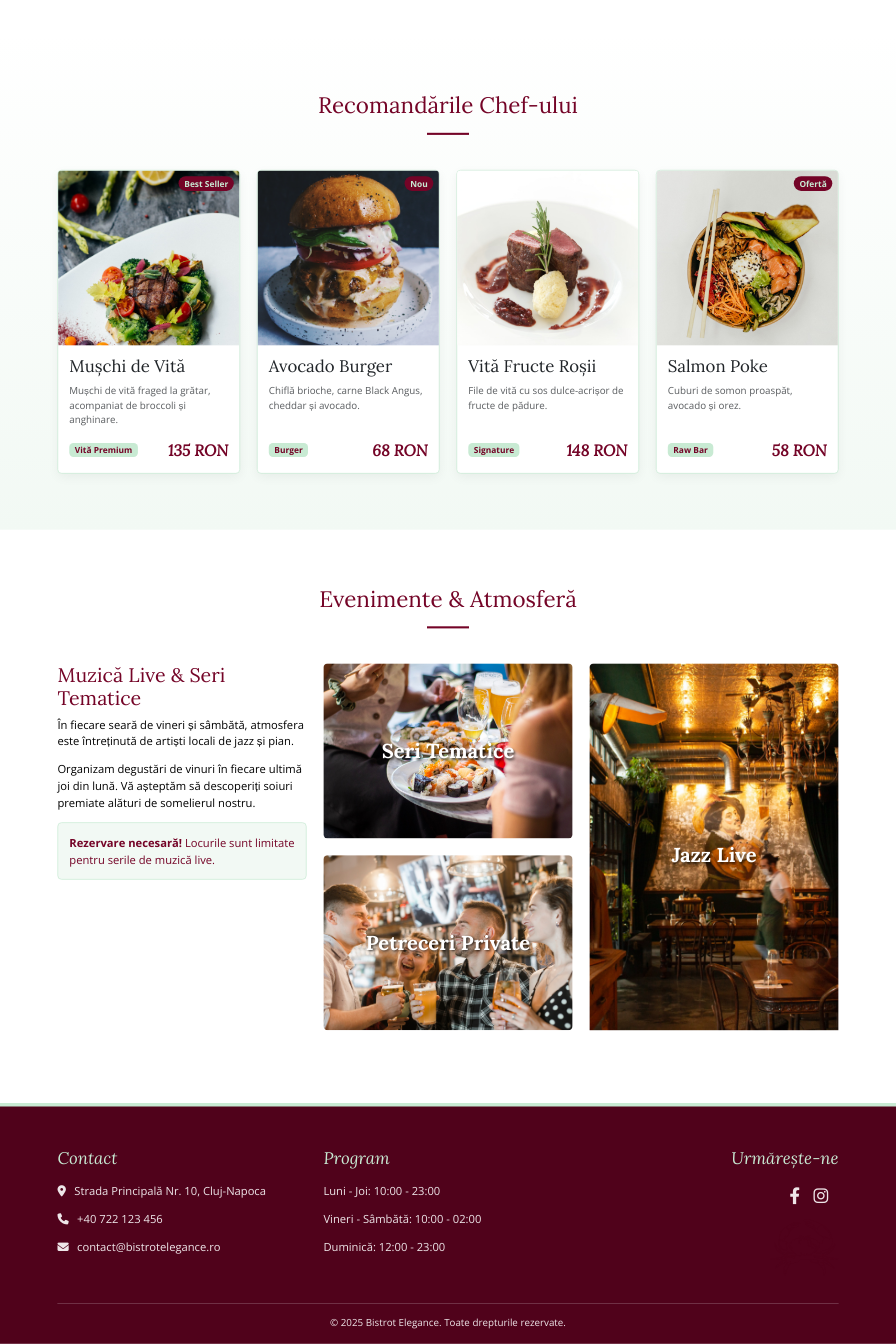
Repository: 912-Comsa-Teodora/bistrot-restaurant
Page: restaurant/index.html
The author's editor kept a copy of each file at every save. The page is drawn from the files as they stood at one save, then again after the next save.
The browser window is 1280 px wide. The pictures show the part of the page from y = 1164 to 3084 px (the page is 3084 px tall), at 70% of full size.
A picture or video elsewhere on the page could not be fetched, so the positions and the page height are approximate.

Above is the page before, as saved 2026-01-18 16:45:03.

### restaurant/index.html
<!DOCTYPE html>
<html lang="ro">
<head>
    <meta charset="UTF-8">
    <meta name="viewport" content="width=device-width, initial-scale=1.0">
    <meta name="description" content="Cel mai bun restaurant și bar din oraș. Atmosferă unică, meniu select.">
    <meta name="author" content="Numele Tau">

    <title>Bistrot Elegance - Restaurant & Bar</title>

    <link href="https://cdn.jsdelivr.net/npm/bootstrap@5.3.0/dist/css/bootstrap.min.css" rel="stylesheet">
    <link rel="stylesheet" href="https://cdnjs.cloudflare.com/ajax/libs/font-awesome/6.4.0/css/all.min.css">

    <link href="https://fonts.googleapis.com/css2?family=Lora:ital,wght@0,400;0,700;1,400&family=Open+Sans:wght@300;400;700&display=swap" rel="stylesheet">

    <style>
        :root {
            --primary-color: #740427;
            --primary-dark: #50021b;
            --mint-color: #C8EAD3;
            --mint-light: #F2F9F4;
            --text-dark: #000000;
            --white: #ffffff;
        }

        body {
            /* CHANGE 1: Applied Open Sans */
            font-family: 'Open Sans', sans-serif;
            color: var(--text-dark);
            padding-top: 65px;
            background-color: var(--white);
        }

        h1, h2, h3, h4, h5 {
            /* CHANGE 1: Applied Lora */
            font-family: 'Lora', serif;
            color: var(--primary-color);
        }

        .navbar {
            background-color: #fff;
            box-shadow: 0 2px 10px rgba(0,0,0,0.1);
            border-bottom: 1px solid var(--mint-color);
        }

        .navbar-brand img {
            max-height: 40px;
        }

        .nav-link {
            color: var(--primary-dark);
            font-weight: 700;
            text-transform: uppercase;
            font-size: 0.9rem;
        }

        .nav-link:hover {
            color: var(--primary-color);
        }


        #heroCarousel .carousel-item img {
            height: calc(100vh - 65px);
            object-fit: cover;
            filter: brightness(0.6);
        }

        .carousel-caption {
            top: 50%;
            transform: translateY(-50%);
            bottom: auto;
            width: 70%;
            left: 15%;
        }

        .carousel-caption p {
            margin-top: 0;
            margin-bottom: 1.5rem;
            font-size: 1.2rem;
            font-weight: 300;
            color: #fff;
        }

        .carousel-caption h2 {
            font-size: 4rem;
            color: #fff;
            text-shadow: 2px 2px 4px rgba(0,0,0,0.6);
        }


        section {
            padding: 80px 0;
        }

        .section-title {
            text-align: center;
            margin-bottom: 50px;
            position: relative;
        }

        .section-title::after {
            content: '';
            display: block;
            width: 60px;
            height: 3px;
            background-color: var(--primary-color);
            margin: 20px auto;
        }

        .bg-mint-gradient {
            background: linear-gradient(180deg, var(--white) 0%, var(--mint-light) 100%);
        }

        .card {
            border: 1px solid var(--mint-color);
            background-color: #fff;
            transition: transform 0.3s;
            box-shadow: 0 5px 15px rgba(0,0,0,0.05);
        }

        .card:hover {
            transform: translateY(-5px);
            border-color: var(--primary-color);
            box-shadow: 0 10px 30px rgba(116, 4, 39, 0.1);
        }

        .card-img-top {
            height: 250px;
            width: 100%;
            object-fit: cover;
            object-position: center;
        }

        .price-tag {
            /* CHANGE 1 & 2: Font Lora + Italic */
            font-family: 'Lora', serif;
            font-size: 1.4rem;
            font-weight: 700;
            color: var(--primary-color);
            font-style: italic; /* Added Italic */
        }


        .badge-custom-primary {
            background-color: var(--primary-color) !important;
            color: var(--mint-color);
        }

        .badge-custom-mint {
            background-color: var(--mint-color) !important;
            color: var(--primary-color);
            font-weight: 700;
        }

        /* EVENTS STYLING */
        /* CHANGE 3: Wrapper for images to hold the text */
        .event-wrapper {
            position: relative;
            overflow: hidden;
            border-radius: 0.375rem; /* Matches Bootstrap 'rounded' */
        }

        /* CHANGE 3: Text Overlay Style */
        .event-text-overlay {
            position: absolute;
            top: 50%;
            left: 50%;
            transform: translate(-50%, -50%);
            color: var(--white);
            font-family: 'Lora', serif;
            font-size: 1.8rem;
            font-weight: 700;
            text-shadow: 2px 2px 4px rgba(0,0,0,0.8);
            width: 100%;
            text-align: center;
            z-index: 2;
            pointer-events: none; /* Allows clicking through text if needed */
        }

        /* Optional: Darken image slightly to make text pop */
        .event-wrapper img {
            transition: transform 0.3s ease;
        }
        .event-wrapper:hover img {
            transform: scale(1.05);
        }

        @media (min-width: 992px) {
            .event-img-small {
                height: 250px;
                width: 100%;
                object-fit: cover;
            }
            .event-img-large {
                height: calc(500px + 1.5rem);
                width: 100%;
                object-fit: cover;
            }
        }


        footer {
            background-color: var(--primary-dark);
            color: #fff;
            padding: 60px 0 20px;
            border-top: 5px solid var(--mint-color);
        }

        footer h4 {
            color: var(--mint-color);
            margin-bottom: 20px;
            /* CHANGE 2: Footer Titles Italic */
            font-style: italic;
        }

        footer p, footer i {
            color: rgba(255, 255, 255, 0.9);
        }

        .social-icons a {
            color: #fff;
            font-size: 1.5rem;
            margin-right: 15px;
            transition: color 0.3s;
        }

        .social-icons a:hover {
            color: var(--mint-color);
        }

        hr.bg-light {
             border-color: rgba(255,255,255,0.2);
        }
    </style>
</head>
<body>

    <header id="home">
        <nav class="navbar navbar-expand-lg navbar-light fixed-top">
            <div class="container">
                <a class="navbar-brand" href="index.html">
                    <img src="./pictures/Bistrot-Elegance-Logo-visiniu.png" alt="Logo Bistrot Elegance">
                </a>

                <button class="navbar-toggler" type="button" data-bs-toggle="collapse" data-bs-target="#navbarContent" aria-controls="navbarContent" aria-expanded="false" aria-label="Toggle navigation">
                    <span class="navbar-toggler-icon"></span>
                </button>

                <div class="collapse navbar-collapse" id="navbarContent">
                    <ul class="navbar-nav ms-auto mb-2 mb-lg-0">
                        <li class="nav-item">
                            <a class="nav-link" href="#home">Acasă</a>
                        </li>
                        <li class="nav-item">
                            <!-- LINK MODIFIED HERE TO OPEN PDF -->
                            <a class="nav-link" href="menu.pdf" target="_blank">Meniu</a>
                        </li>
                        <li class="nav-item">
                            <a class="nav-link" href="#despre">Despre Noi</a>
                        </li>
                        <li class="nav-item">
                            <a class="nav-link" href="#specialitati">Specialități</a>
                        </li>
                        <li class="nav-item">
                            <a class="nav-link" href="#evenimente">Evenimente</a>
                        </li>
                        <li class="nav-item">
                            <a class="nav-link" href="#contact">Contact</a>
                        </li>
                    </ul>
                </div>
            </div>
        </nav>
    </header>

    <div id="heroCarousel" class="carousel slide" data-bs-ride="carousel">
        <div class="carousel-inner">
            <div class="carousel-item active" data-bs-interval="3000">
                <img src="pictures/restaurant-imagine-principala.jpg" class="d-block w-100" alt="Interior restaurant">
                <div class="carousel-caption">
                    <p>Bine ați venit la</p>
                    <h2>Bistrot Elegance</h2>
                    <p>O experiență culinară de neuitat în inima orașului</p>
                </div>
            </div>

            <div class="carousel-item" data-bs-interval="3000">
                <img src="pictures/cover-bauturi.jpg" class="d-block w-100" alt="Bauturi">
                <div class="carousel-caption">
                    <h2>Cocktailuri Signature</h2>
                    <p>Mixologie rafinată pentru seri perfecte</p>
                </div>
            </div>

            <div class="carousel-item" data-bs-interval="3000">
                <img src="pictures/cover-mancare.jpg" class="d-block w-100" alt="Mancare">
                <div class="carousel-caption">
                    <h2>Gusturi Autentice</h2>
                    <p>Preparate create cu pasiune din ingrediente locale</p>
                </div>
            </div>

            <div class="carousel-item" data-bs-interval="3000">
                <img src="pictures/cover-desert.jpg" class="d-block w-100" alt="Desert">
                <div class="carousel-caption">
                    <h2>Deserturi Artizanale</h2>
                    <p>Finalul dulce perfect pentru orice masă</p>
                </div>
            </div>
        </div>
    </div>

    <section id="despre">
        <div class="container">
            <div class="row align-items-center">
                <div class="col-lg-6 mb-4 mb-lg-0">
                    <h2 class="mb-4">Povestea Noastră</h2>
                    <h3 class="mb-3" style="color: var(--text-dark); opacity: 0.8;">Tradiție și modernism din 2010</h3>
                    <p>
                        Situat într-o clădire istorică, <strong>Bistrot Elegance</strong> îmbină arhitectura clasică cu un design interior modern și vibrant. Ne mândrim cu o atmosferă care invită la relaxare și conversație, fiind locul ideal atât pentru întâlniri de afaceri, cât și pentru cine romantice.
                    </p>
                    <p>
                        Filozofia noastră culinară se bazează pe ingrediente locale, proaspete, reinterpretate într-o manieră internațională. Echipa noastră de bucătari pasionați lucrează zilnic pentru a oferi preparate care surprind prin gust și prezentare.
                    </p>
                </div>
                <div class="col-lg-6">
                    <img src="pictures/interior-restaurant.jpg" class="img-fluid rounded shadow" alt="Interior restaurant">
                </div>
            </div>
        </div>
    </section>

    <section id="specialitati" class="bg-mint-gradient">
        <div class="container">
            <h2 class="section-title">Recomandările Chef-ului</h2>
            <div class="row g-4">

                <div class="col-md-6 col-lg-3">
                    <div class="card h-100">
                        <span class="position-absolute top-0 end-0 badge rounded-pill badge-custom-primary m-2">
                            Best Seller
                        </span>
                        <img src="pictures/muschi-de-vita-cu-legume.jpg" class="card-img-top" alt="Vita">
                        <div class="card-body d-flex flex-column">
                            <h4 class="card-title">Mușchi de Vită</h4>
                            <p class="card-text small text-muted">Mușchi de vită fraged la grătar, acompaniat de broccoli și anghinare.</p>
                            <div class="mt-auto d-flex justify-content-between align-items-center">
                                <span class="badge badge-custom-mint">Vită Premium</span>
                                <span class="price-tag">135 RON</span>
                            </div>
                        </div>
                    </div>
                </div>

                <div class="col-md-6 col-lg-3">
                    <div class="card h-100">
                         <span class="position-absolute top-0 end-0 badge rounded-pill badge-custom-primary m-2">
                            Nou
                        </span>
                        <img src="pictures/avocado-gourmet-burger.jpg" class="card-img-top" alt="Burger">
                        <div class="card-body d-flex flex-column">
                            <h4 class="card-title">Avocado Burger</h4>
                            <p class="card-text small text-muted">Chiflă brioche, carne Black Angus, cheddar și avocado.</p>
                            <div class="mt-auto d-flex justify-content-between align-items-center">
                                <span class="badge badge-custom-mint">Burger</span>
                                <span class="price-tag">68 RON</span>
                            </div>
                        </div>
                    </div>
                </div>

                 <div class="col-md-6 col-lg-3">
                    <div class="card h-100">
                        <img src="pictures/vita-cu-fructe-rosii.jpg" class="card-img-top" alt="Vita fructe rosii">
                        <div class="card-body d-flex flex-column">
                            <h4 class="card-title">Vită Fructe Roșii</h4>
                            <p class="card-text small text-muted">File de vită cu sos dulce-acrișor de fructe de pădure.</p>
                            <div class="mt-auto d-flex justify-content-between align-items-center">
                                <span class="badge badge-custom-mint">Signature</span>
                                <span class="price-tag">148 RON</span>
                            </div>
                        </div>
                    </div>
                </div>

                <div class="col-md-6 col-lg-3">
                    <div class="card h-100">
                        <span class="position-absolute top-0 end-0 badge rounded-pill badge-custom-primary m-2">
                            Ofertă
                        </span>
                        <img src="pictures/salmon-poke.jpg" class="card-img-top" alt="Poke">
                        <div class="card-body d-flex flex-column">
                            <h4 class="card-title">Salmon Poke</h4>
                            <p class="card-text small text-muted">Cuburi de somon proaspăt, avocado și orez.</p>
                            <div class="mt-auto d-flex justify-content-between align-items-center">
                                <span class="badge badge-custom-mint">Raw Bar</span>
                                <span class="price-tag">58 RON</span>
                            </div>
                        </div>
                    </div>
                </div>

            </div>
        </div>
    </section>

    <section id="evenimente">
        <div class="container">
            <h2 class="section-title">Evenimente & Atmosferă</h2>
            <div class="row">
                <div class="col-lg-4 mb-4">
                    <h3>Muzică Live & Seri Tematice</h3>
                    <p>În fiecare seară de vineri și sâmbătă, atmosfera este întreținută de artiști locali de jazz și pian.</p>
                    <p>Organizam degustări de vinuri în fiecare ultimă joi din lună. Vă așteptăm să descoperiți soiuri premiate alături de somelierul nostru.</p>
                    <div class="alert alert-info mt-3" style="background-color: var(--mint-light); border-color: var(--mint-color); color: var(--primary-color);">
                        <strong>Rezervare necesară!</strong> Locurile sunt limitate pentru serile de muzică live.
                    </div>
                </div>

                <div class="col-lg-4 col-md-6 mb-4">

                    <div class="event-wrapper mb-4">
                        <img src="pictures/seara-tematica-sushi.jpg" class="img-fluid w-100 event-img-small" alt="Live">
                        <div class="event-text-overlay">Seri Tematice</div>
                    </div>

                    <div class="event-wrapper">
                        <img src="pictures/petrecere-privata.jpg" class="img-fluid w-100 event-img-small" alt="Vin">
                        <div class="event-text-overlay">Petreceri Private</div>
                    </div>
                </div>

                <div class="col-lg-4 col-md-6">
                    <div class="event-wrapper h-100">
                        <img src="pictures/seara-de-jazz.jpg" class="img-fluid w-100 event-img-large" alt="Party">
                        <div class="event-text-overlay">Jazz Live</div>
                    </div>
                </div>

            </div>
        </div>
    </section>

    <footer id="contact">
        <div class="container">
            <div class="row">
                <!-- Column 1: Contact -->
                <div class="col-md-4 mb-4">
                    <h4>Contact</h4>
                    <p><i class="fas fa-map-marker-alt me-2"></i> Strada Principală Nr. 10, Cluj-Napoca</p>
                    <p><i class="fas fa-phone me-2"></i> +40 722 123 456</p>
                    <p><i class="fas fa-envelope me-2"></i> contact@bistrotelegance.ro</p>
                </div>

                <!-- Column 2: Program -->
                <div class="col-md-4 mb-4">
                    <h4>Program</h4>
                    <p>Luni - Joi: 10:00 - 23:00</p>
                    <p>Vineri - Sâmbătă: 10:00 - 02:00</p>
                    <p>Duminică: 12:00 - 23:00</p>
                </div>

                <!-- Column 3: Socials & Logo (Aligned Right) -->
                <div class="col-md-4 mb-4 text-md-end text-start d-flex flex-column align-items-md-end align-items-start">
                    <h4>Urmărește-ne</h4>
                    <div class="social-icons mb-3">
                        <a href="https://www.instagram.com/p/DTpjjSEiNyFa9zL6V36H__r-7ydWBVExPYOuuw0/?igsh=MWZ2dzEzcHJvdDZu" aria-label="Facebook"><i class="fab fa-facebook-f"></i></a>
                        <a href="https://www.instagram.com/bistrotelegance?igsh=MXN3Zzh1YTdrY3Y3cw%3D%3D&utm_source=qr" aria-label="Instagram"><i class="fab fa-instagram"></i></a>
                    </div>
                    <!-- Logo placed here to be on the far right -->
                    <img src="./pictures/Bistrot-Elegance-Logo-visiniu.png" alt="Logo Bistrot Elegance" class="footer-logo img-fluid" style="max-height: 80px;">
                </div>
            </div>

            <hr class="bg-light">

            <div class="row">
                <div class="col-12 text-center">
                    <p class="small mb-0">&copy; 2025 Bistrot Elegance. Toate drepturile rezervate.</p>
                </div>
            </div>
        </div>
    </footer>

    <script src="https://cdn.jsdelivr.net/npm/bootstrap@5.3.0/dist/js/bootstrap.bundle.min.js"></script>
</body>
</html>

After the next save:
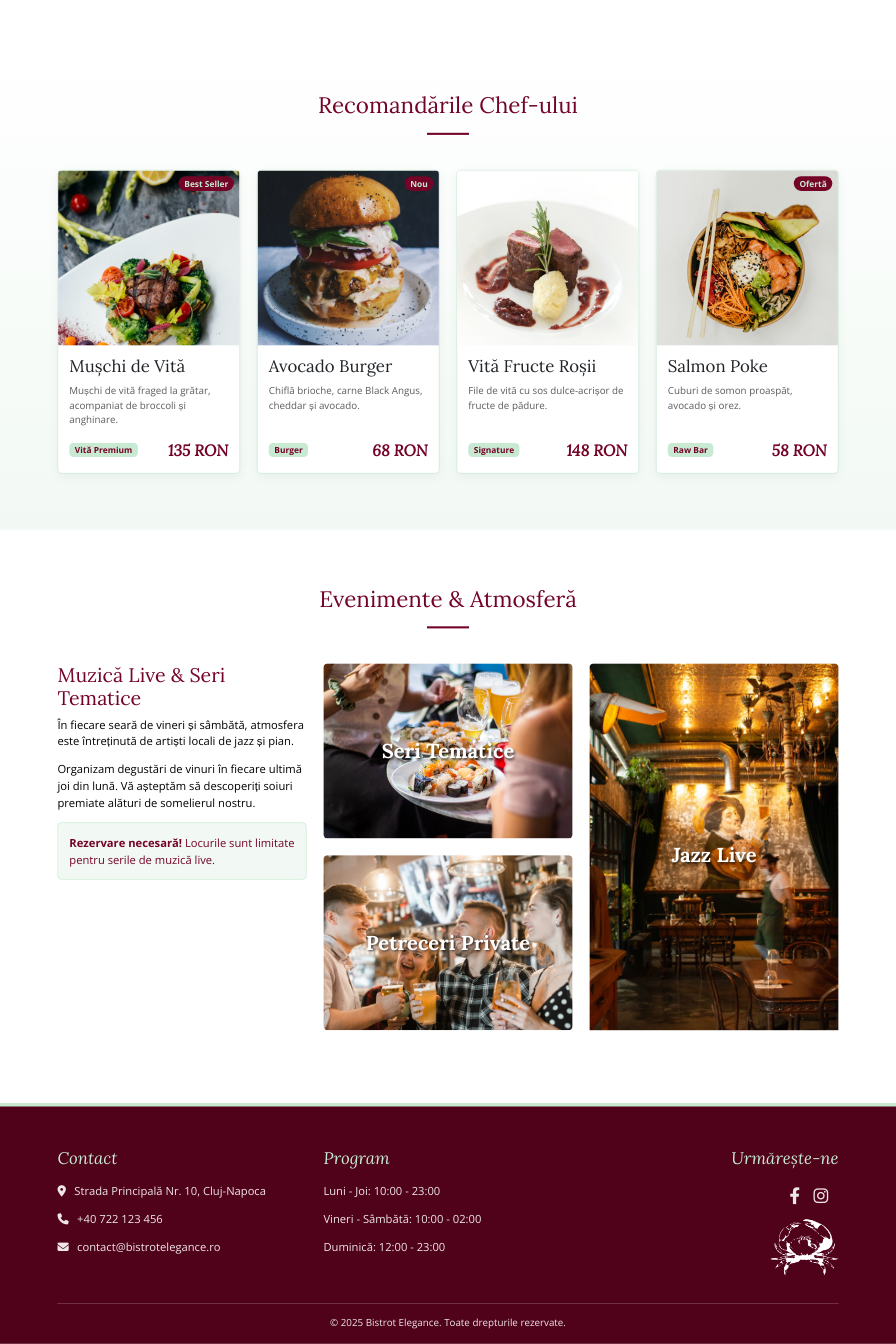
Saved 18 s later.
--- a/restaurant/index.html
+++ b/restaurant/index.html
@@ -468,7 +468,7 @@
                         <a href="https://www.instagram.com/bistrotelegance?igsh=MXN3Zzh1YTdrY3Y3cw%3D%3D&utm_source=qr" aria-label="Instagram"><i class="fab fa-instagram"></i></a>
                     </div>
                     <!-- Logo placed here to be on the far right -->
-                    <img src="./pictures/Bistrot-Elegance-Logo-visiniu.png" alt="Logo Bistrot Elegance" class="footer-logo img-fluid" style="max-height: 80px;">
+                    <img src="./pictures/Bistrot-Elegance-Logo.png" alt="Logo Bistrot Elegance" class="footer-logo img-fluid" style="max-height: 80px;">
                 </div>
             </div>
 
